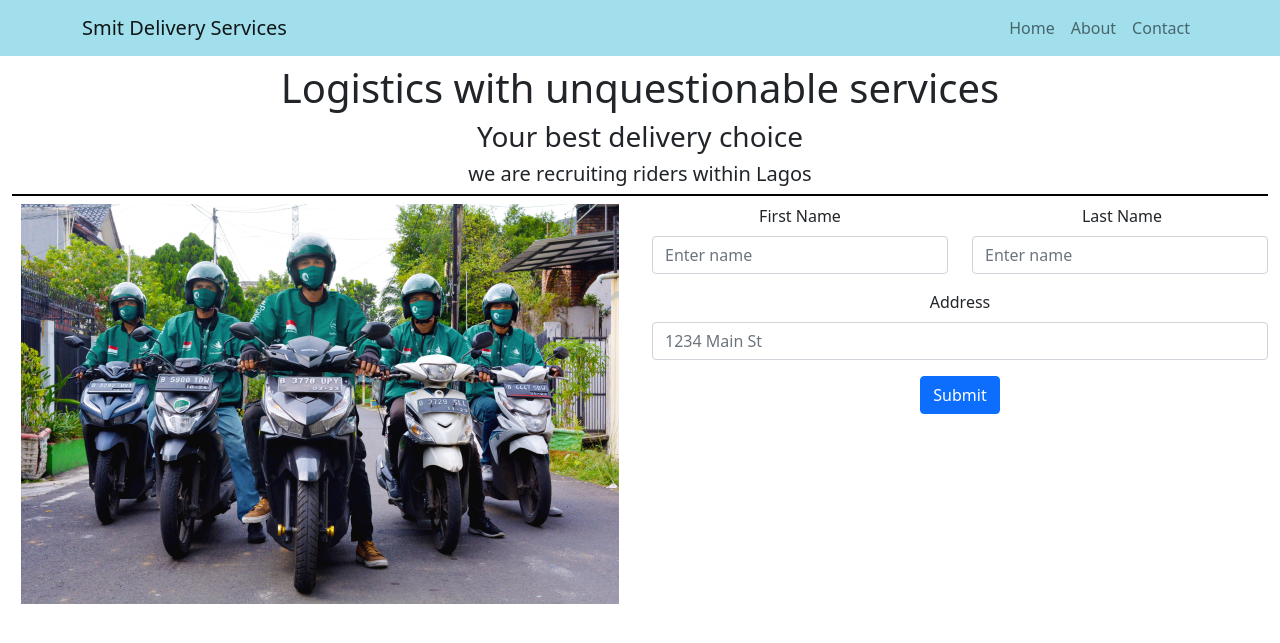
Repository: smit1298/logistic
Page: /
The author's editor kept a copy of each file at every save. The page is drawn from the files as they stood at one save, then again after the next save.
The browser window is 1280 px wide. The pictures show the whole page.
The project was rebuilt for these pictures with package versions that can differ from the ones it lists, and the page was loaded fresh each time.

Above is the page before, as saved 2021-10-04 03:44:03.

### public/index.html
<!DOCTYPE html>
<html lang="en">
  <head>
    <meta charset="utf-8" />
    <link rel="icon" href="%PUBLIC_URL%/favicon.ico" />
    <meta name="viewport" content="width=device-width, initial-scale=1" />
    <meta name="theme-color" content="#000000" />
    <meta
      name="description"
      content="Web site created using create-react-app"
    />
    <link rel="apple-touch-icon" href="%PUBLIC_URL%/logo192.png" />

    <link rel="manifest" href="%PUBLIC_URL%/manifest.json" />

    <title>Smit Delivery Services</title>
  </head>
  <body>
    <noscript>You need to enable JavaScript to run this app.</noscript>
    <div id="root"></div>

  </body>
</html>

### src/App.js
// import './App.css';
import Navs from './components/navs/Navs';
import RecruitForm from './components/recruit/RecruitForm';

function App() {
  return (
    <div>
      <Navs />
      <RecruitForm />
    </div>
  );
}

export default App;

### src/components/Navs/Navs.jsx
import React from "react";
import "bootstrap/dist/css/bootstrap.css";
import { Navbar, Container, Nav } from "react-bootstrap";
import './Navs.css'

 const Navs = () => {
  return (
    <div>
      <Navbar id='navbar' bg="light" expand="lg">
        <Container>
          <Navbar.Brand href="#home">Smit Delivery Services</Navbar.Brand>
          <Navbar.Toggle aria-controls="basic-navbar-nav" />
          <Navbar.Collapse id="basic-navbar-nav">
            <Nav className="ms-auto">
              <Nav.Link href="#home">Home</Nav.Link>
              <Nav.Link href="#about">About </Nav.Link>
              <Nav.Link href="#contact">Contact </Nav.Link>
            </Nav>
          </Navbar.Collapse>
        </Container>
      </Navbar>
    </div>
  );
};

export default Navs;

### src/components/recruit/RecruitForm.jsx
import React from "react";
import "bootstrap/dist/css/bootstrap.css";
import { Row, Col, Form, Button } from "react-bootstrap";
import Left from "../images/background.jpg";
import "./RecruitForm.css";

const recruitForm = () => {
  return (
    <div className="container-fluid" id="recruit">
      <div className="mt-2 justify-content-md-center" id="top">
        <h1 className="text-center">Logistics with unquestionable services</h1>
        <h3 className="text-center">Your best delivery choice</h3>
        <h5 className="text-center">we are recruiting riders within Lagos</h5>
      </div>
      <Row className="mt-2">
        <Col className=" mb-2 ms-auto text-center">
          <img src={Left} alt="" />
        </Col>
        <Col className="me-auto text-center">
          <Form>
            <Row className="mb-3">
              <Form.Group as={Col} controlId="formGridName">
                <Form.Label>First Name</Form.Label>
                <Form.Control type="name" placeholder="Enter name" />
              </Form.Group>
              <Form.Group as={Col} controlId="formGridName">
                <Form.Label className='ms-1'>Last Name</Form.Label>
                <Form.Control type="name" placeholder="Enter name" />
              </Form.Group>
            </Row>
            <Form.Group className="mb-3" controlId="formGridAddress1">
              <Form.Label className='ms-auto'>Address</Form.Label>
              <Form.Control placeholder="1234 Main St" />
            </Form.Group>



            <Button variant="primary" type="submit">
              Submit
            </Button>
          </Form>
        </Col>
      </Row>
    </div>
  );
};
export default recruitForm;

### src/components/Navs/Navs.css
#navbar{
    background-color: rgb(160, 223, 235) !important;
    font-weight: 400 !important;
}

### src/components/recruit/RecruitForm.css
body,
html {
  height: 100% !important;
}

#top {
    border-bottom: 2px solid black;
  /* background-image: url("../images/lorry.jpg"); */
  height: 100% !important;
  background-position: center;
  background-repeat: no-repeat;
  background-size: cover;
  /* border: 1px solid black; */
  /* border-radius: 10px; */
}

Loaded but not shown: src/index.js (common file); src/index.css (common file); src/reportWebVitals.js (common file)

After the next save:
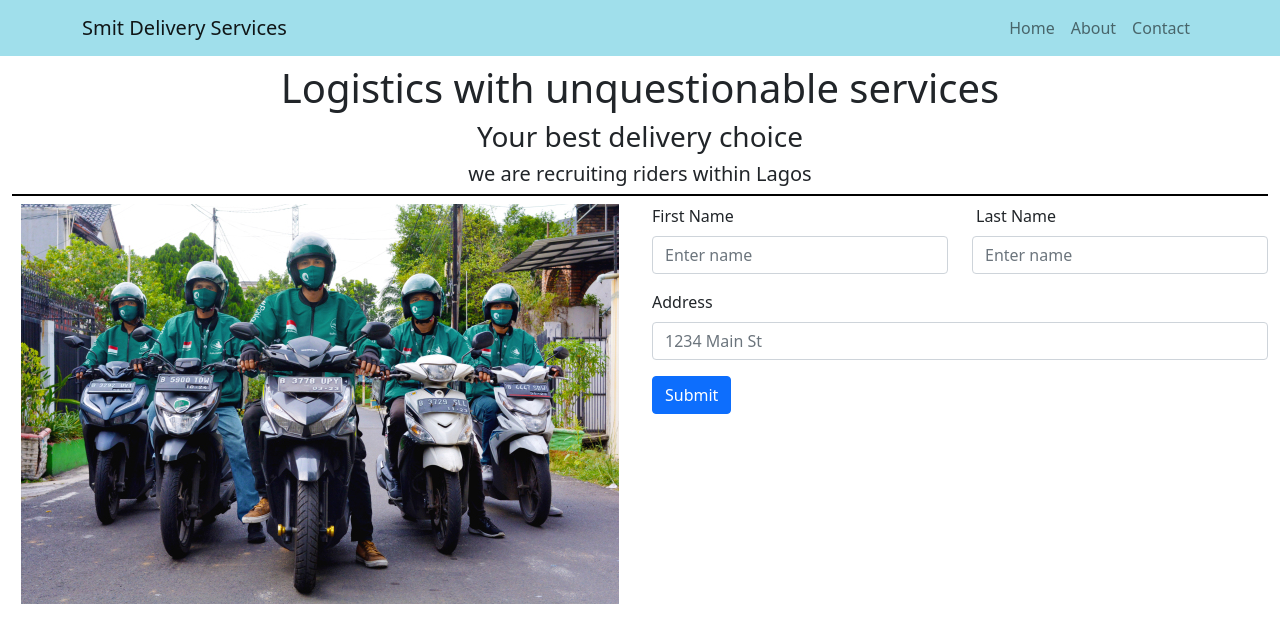
Saved 39 s later.
--- a/src/components/recruit/RecruitForm.jsx
+++ b/src/components/recruit/RecruitForm.jsx
@@ -16,7 +16,7 @@ const recruitForm = () => {
         <Col className=" mb-2 ms-auto text-center">
           <img src={Left} alt="" />
         </Col>
-        <Col className="me-auto text-center">
+        <Col className="me-auto">
           <Form>
             <Row className="mb-3">
               <Form.Group as={Col} controlId="formGridName">
